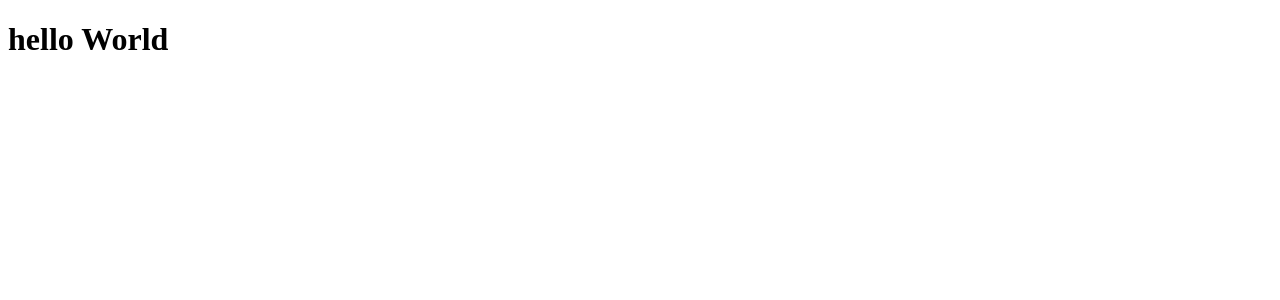
Repository: gajami-kim/240430_JSPJSTL_Study
Page: http://localhost/jstl_study/step-1.jsp
The author's editor kept a copy of each file at every save. The page is drawn from the files as they stood at one save, then again after the next save.
The browser window is 1280 px wide. The pictures show the whole page.
The page is served by Tomcat 9. Other server files are loaded and not shown.

Above is the page before, as saved 2024-04-11 02:40:46.

### _jspl_workspace/jstl_study/src/main/webapp/step-1.jsp
<%@ page language="java" contentType="text/html; charset=UTF-8"
    pageEncoding="UTF-8"%>
<!DOCTYPE html>
<html>
<head>
<meta charset="UTF-8">
<title>Insert title here</title>
</head>
<body>
	<h1>hello World</h1>
</body>
</html>

After the next save:
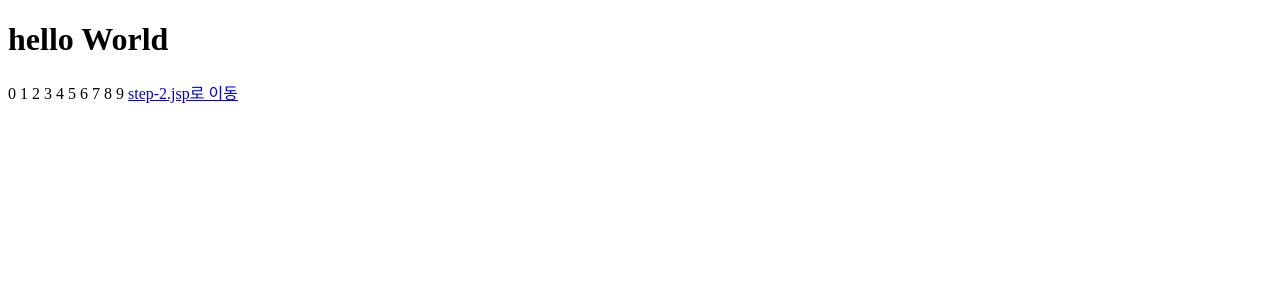
Saved 4 min 5 s later.
--- a/_jspl_workspace/jstl_study/src/main/webapp/step-1.jsp
+++ b/_jspl_workspace/jstl_study/src/main/webapp/step-1.jsp
@@ -8,5 +8,11 @@
 </head>
 <body>
 	<h1>hello World</h1>
+	<% for(int i=0; i<10; i++){ %>
+	<%=i %>
+	<%} %>
+	<!-- ? -> query String 방식 주소?정보11&정보2=22 -->
+	<!-- 따옴표, 띄어쓰기 불가능 -->
+	<a href="step-1.jsp?name=홍길동&age=18">step-2.jsp로 이동</a>
 </body>
 </html>
